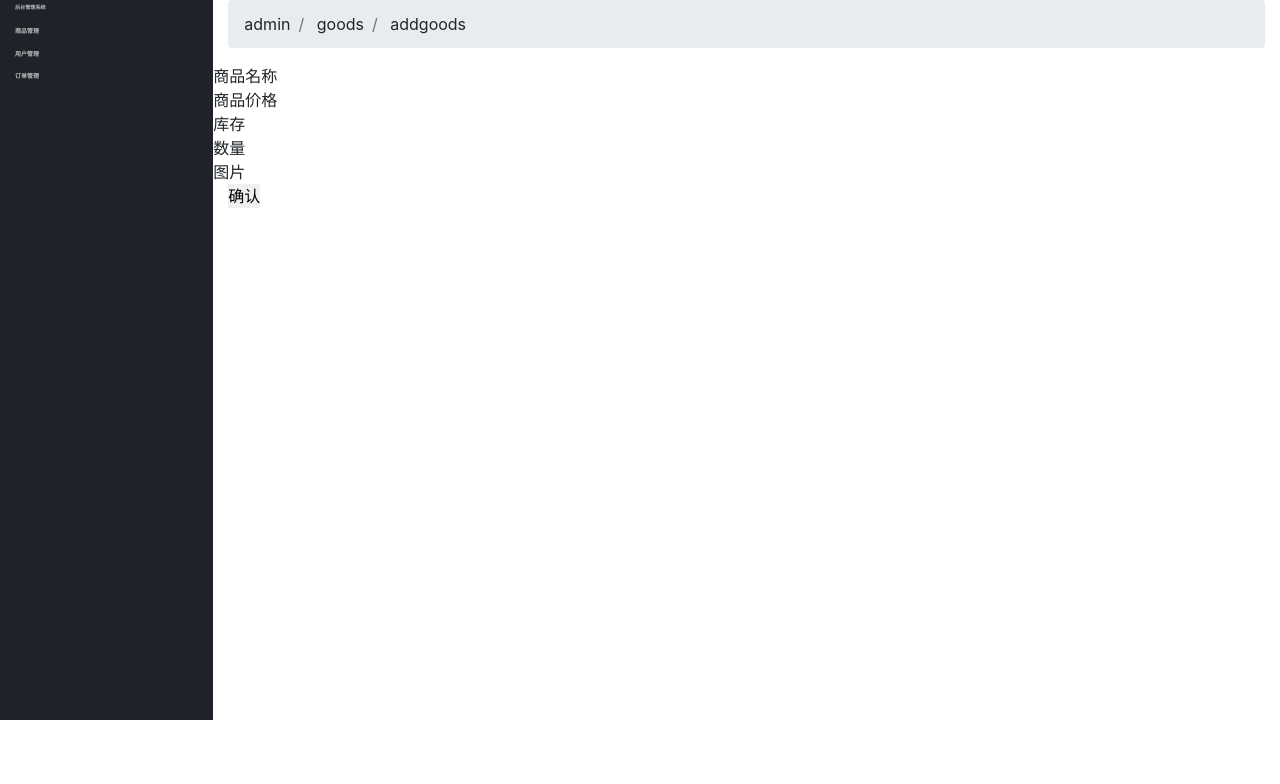
Repository: Rayfang0719/Vue-admin
Page: /admin/goods/addgoods
An editor plug-in stored every save of this project. The page is shown before and after the next save, followed by the edit.
The browser window is 1280 px wide. The pictures show the whole page.
The project was rebuilt for these pictures with package versions that can differ from the ones it lists, and the page was loaded fresh each time. Also part of the build but not shown: vue.config.js, src/pages/login.vue.

Above is the page before, as saved 2019-05-12 18:11:32.

After the next save:
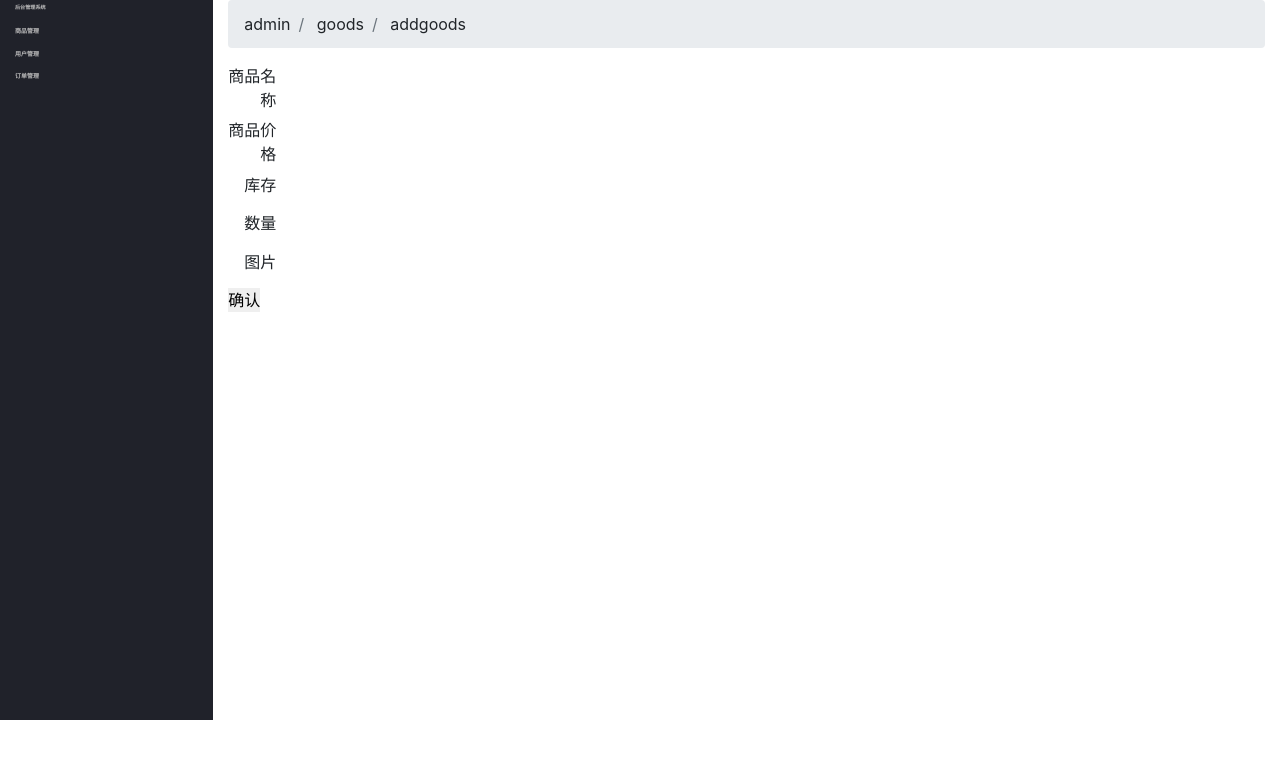
Saved 49 s later.
--- a/src/pages/admin/goods/addgoods.vue
+++ b/src/pages/admin/goods/addgoods.vue
@@ -40,5 +40,15 @@ export default {
 }
 </script>
 <style lang="scss" scoped>
-
+.row{
+    margin: .4rem auto;
+    span{
+        width: 3rem;
+        text-align: right;
+    }
+    input{
+        width: 5rem;
+        height: 2rem;
+    }
+}
 </style>
